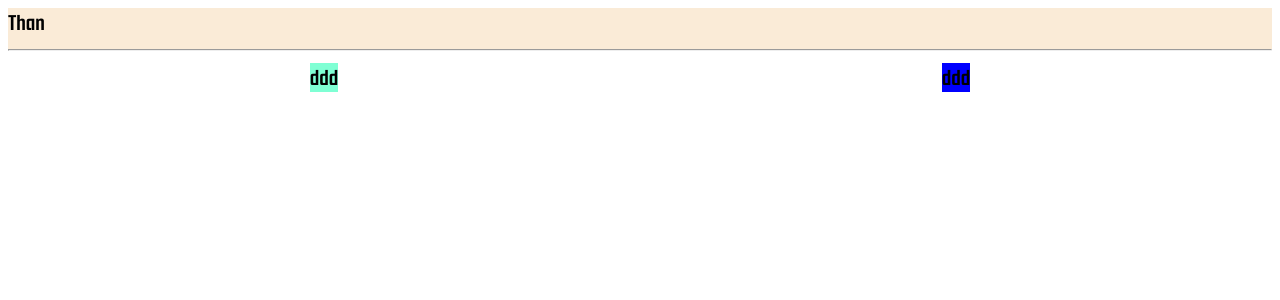
Repository: Than-dot/Than-dot
Page: index.html
An editor plug-in stored every save of this project. The page is shown before and after the next save, followed by the edit.
The browser window is 1280 px wide. The pictures show the whole page.

Above is the page before, as saved 2026-04-22 12:29:02.

After the next save:
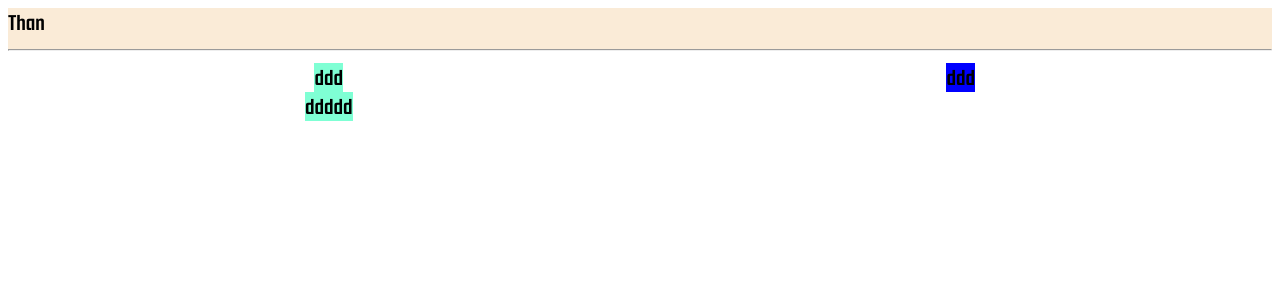
Saved 7 s later.
--- a/index.html
+++ b/index.html
@@ -16,7 +16,7 @@
     <main class="container">
       <article>ddd</article>
       <aside>ddd</aside>
-      <article class="stats"></article>
+      <article class="stats">ddddd</article>
     </main>
   </body>
 </html>

After the 5 saves that followed:
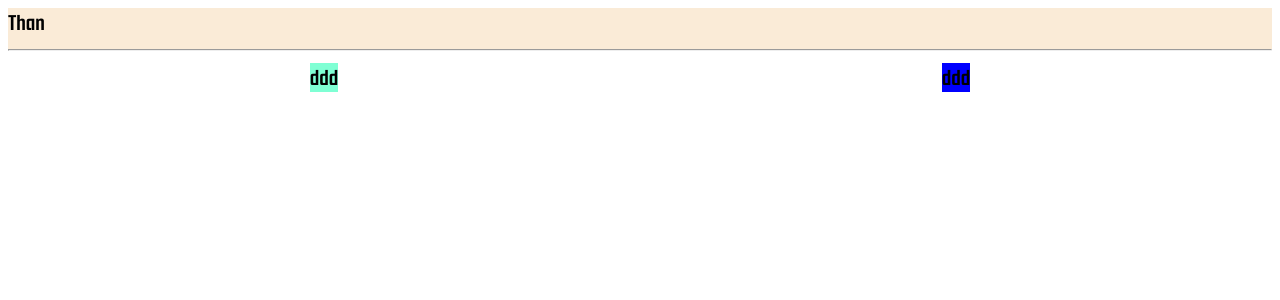
The 5 saves are shown as one change because 2 left the picture as it was and some came seconds apart.
The last was saved 108 s later.
--- a/index.html
+++ b/index.html
@@ -16,7 +16,7 @@
     <main class="container">
       <article>ddd</article>
       <aside>ddd</aside>
-      <article class="stats">ddddd</article>
+      <article class="stats"></article>
     </main>
   </body>
 </html>
--- a/styles/index.css
+++ b/styles/index.css
@@ -18,5 +18,4 @@ aside {
 }
 
 .stats {
-    place-self: center;
 }
